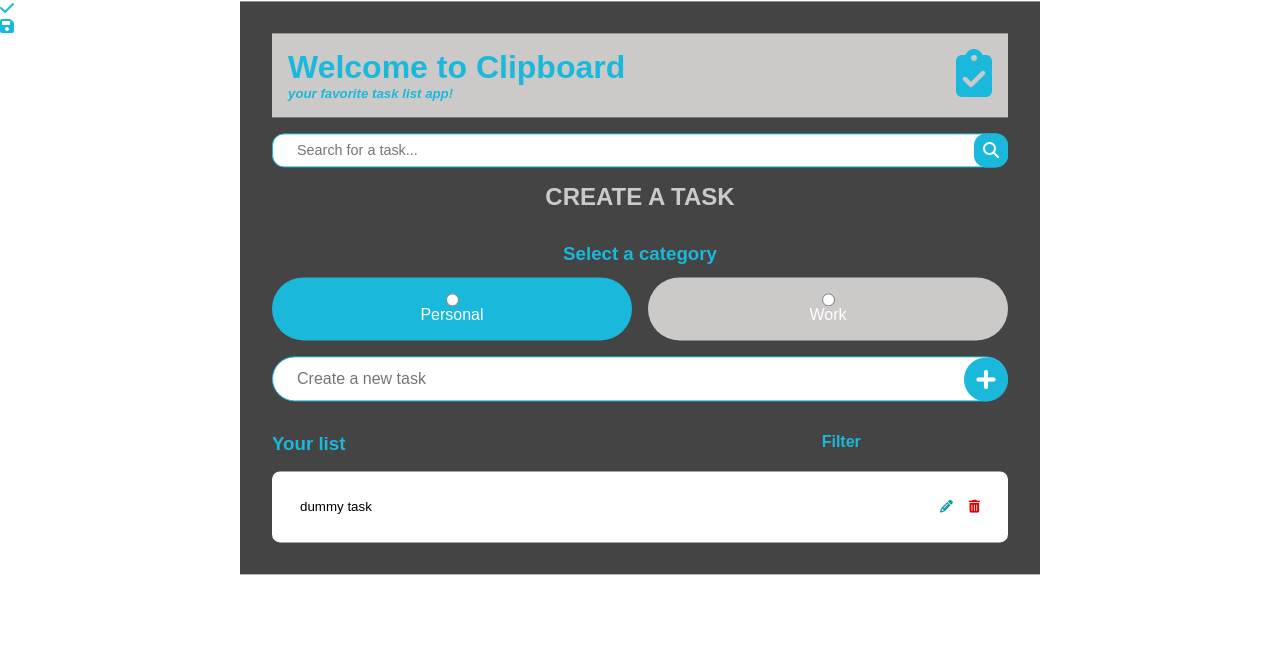
Repository: WesleyErasmus/Todo-App
Page: todoApp.html
The author's editor kept a copy of each file at every save. The page is drawn from the files as they stood at one save, then again after the next save.
The browser window is 1280 px wide. The pictures show the whole page.
Some web libraries are served in a nearby version.

Above is the page before, as saved 2022-06-04 22:16:27.

After the next save:
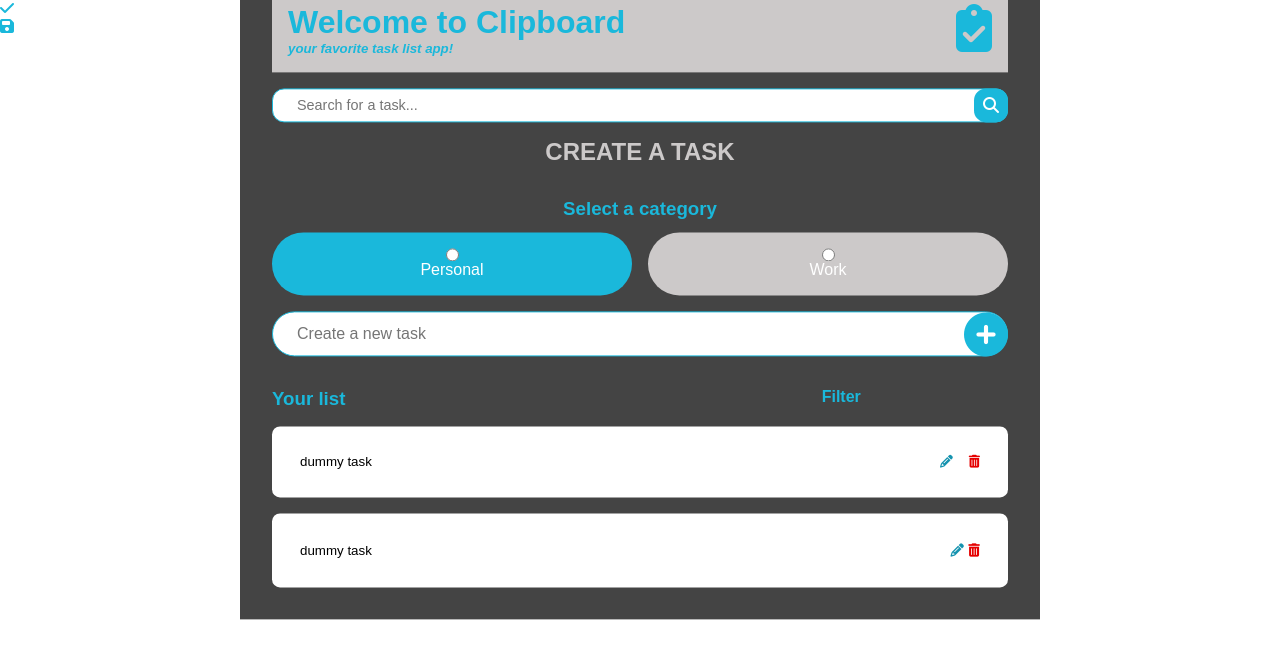
Saved 35 s later.
--- a/todoApp.html
+++ b/todoApp.html
@@ -82,6 +82,18 @@
                     </div>
                 </div>
 
+                <div class="task-name">
+                    <input type="text"
+                    class="text"
+                    value="dummy task"
+                    readonly>
+                    <div class="edit-delete">
+                        <button class="edit"><i class="fa-solid fa-pencil"></i></button>
+                        <button class="delete"><i class="fa fa-trash" aria-hidden="true"></i></button>
+                    </div>
+                </div>
+            </div>
+
             </div>
 
         </section>

After the save that followed:
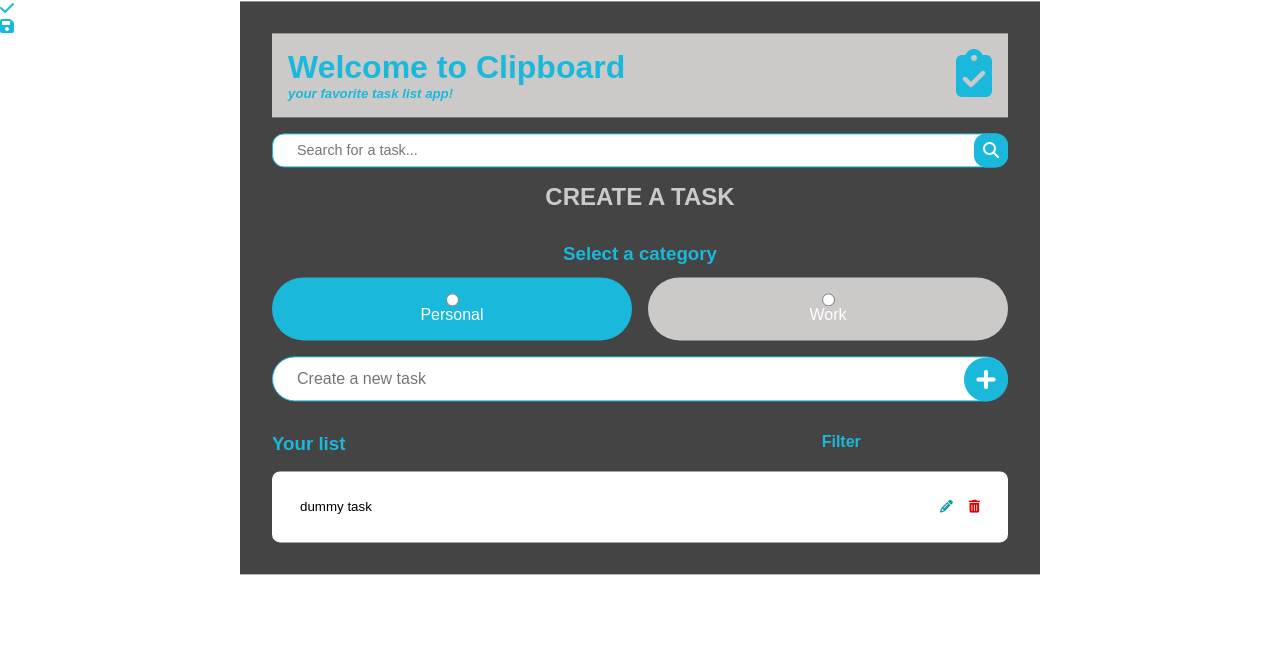
Saved 32 s later.
--- a/todoApp.html
+++ b/todoApp.html
@@ -82,18 +82,6 @@
                     </div>
                 </div>
 
-                <div class="task-name">
-                    <input type="text"
-                    class="text"
-                    value="dummy task"
-                    readonly>
-                    <div class="edit-delete">
-                        <button class="edit"><i class="fa-solid fa-pencil"></i></button>
-                        <button class="delete"><i class="fa fa-trash" aria-hidden="true"></i></button>
-                    </div>
-                </div>
-            </div>
-
             </div>
 
         </section>
